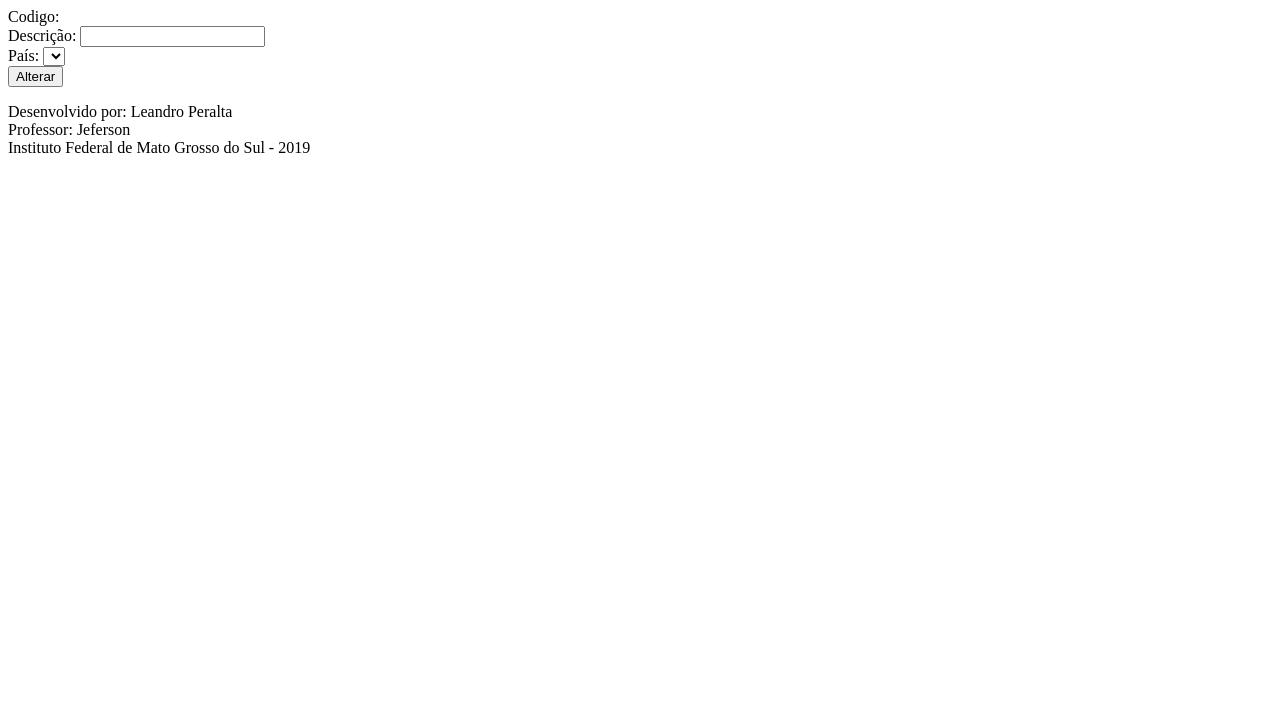
Repository: lperalta13/Formula1_Java
Page: http://localhost/formula1/formAlteraGp.jsp
An editor plug-in stored every save of this project. The page is shown before and after the next save, followed by the edit.
The browser window is 1280 px wide. The pictures show the whole page.
The page is served by Tomcat 9. The template is opened directly, without the code that normally fills it, so the values that code supplies are empty.

Above is the page before, as saved 2019-12-11 21:41:51.

After the next save:
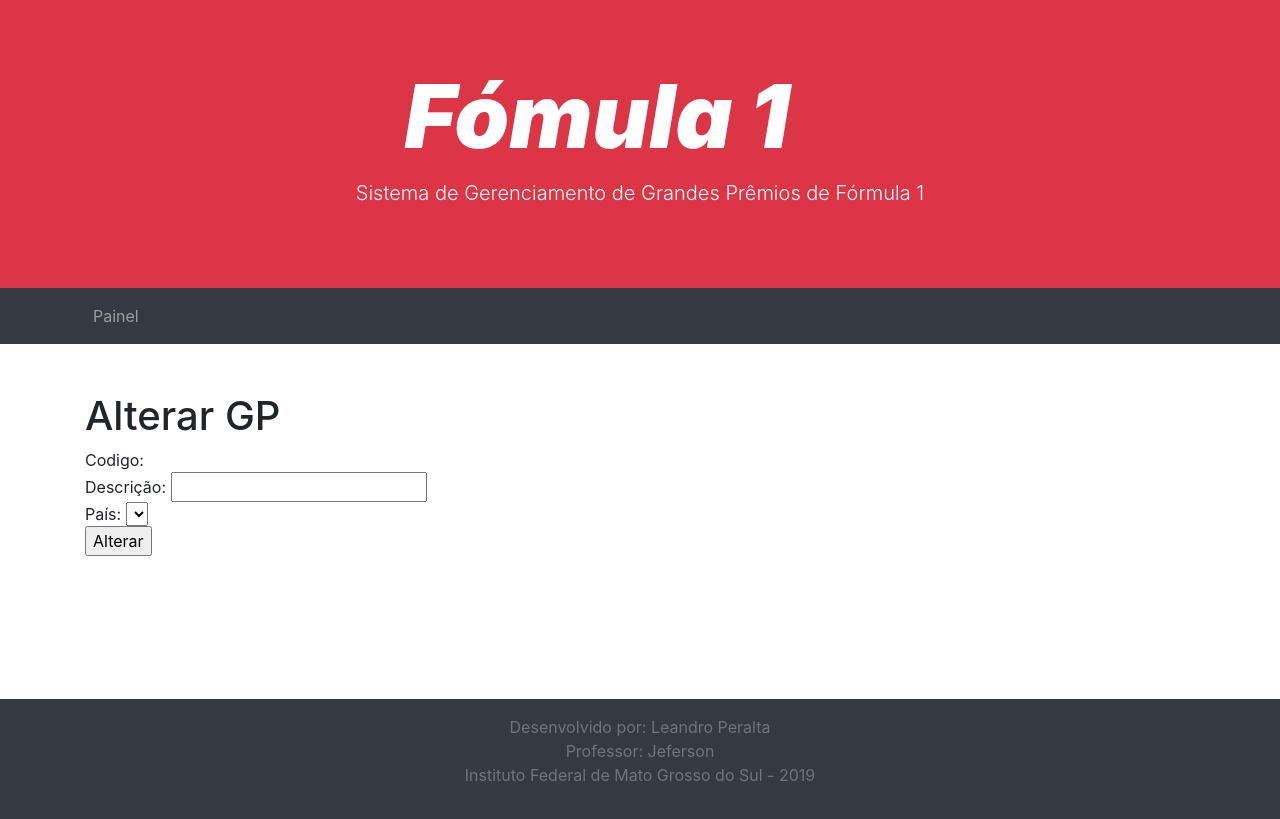
Saved 1 s later.
--- a/formula1/WebContent/formAlteraGp.jsp
+++ b/formula1/WebContent/formAlteraGp.jsp
@@ -1,12 +1,49 @@
 <%@ taglib  uri="http://java.sun.com/jsp/jstl/core" prefix="c" %>
 <%@ taglib  uri="http://java.sun.com/jsp/jstl/fmt" prefix="fmt" %>
 <!DOCTYPE html PUBLIC "-//W3C//DTD HTML 4.01 Transitional//EN" "http://www.w3.org/TR/html4/loose.dtd">
-<html>
+<html lang="pt">
 <head>
-<meta http-equiv="Content-Type" content="text/html; charset=ISO-8859-1">
-<title>Altera Gps</title>
+    <meta charset="UTF-8">
+    <meta name="viewport" content="width=device-width, initial-scale=1, shrink-to-fit=no">
+    <title>Fómula 1</title>
+    <!-- Bootstrap core CSS -->
+    <link rel="stylesheet" href="https://stackpath.bootstrapcdn.com/bootstrap/4.3.1/css/bootstrap.min.css" integrity="sha384-ggOyR0iXCbMQv3Xipma34MD+dH/1fQ784/j6cY/iJTQUOhcWr7x9JvoRxT2MZw1T" crossorigin="anonymous">
+    <link rel="stylesheet" href="css/pro.css">
+
+    <style type="text/css">
+        img{
+            height: calc(100vh - 463px);
+            object-fit: cover;
+        }
+        .container:nth-of-type(2){
+            min-height: calc(100vh - 463px);
+            margin-bottom: 50px;
+        }
+    </style>
+
 </head>
-<body>
+<body class="position-relative">
+  <div class="jumbotron jumbotron-fluid mb-0 bg-danger text-white">
+    <div class="container text-center">
+      <h1 class="display-2 font-italic font-weight-bold"><strong> Fómula 1 </strong><i class="fas fa-tire fa-spin"></i></h1>
+      <p class="lead">Sistema de Gerenciamento de Grandes Prêmios de Fórmula 1</p>
+    </div>
+  </div>
+  <nav class="navbar navbar-expand-lg navbar-dark bg-dark">
+    <div class="container">
+      <div class="collapse navbar-collapse" id="navbarNavDropdown">
+        <ul class="navbar-nav mr-auto">
+            <li class="nav-item">
+              <a class="nav-link" href="dashboard.html">Painel<span class="sr-only">(Página atual)</span></a>
+            </li>
+        </ul>
+      </div>
+    </div>
+    </nav>
+<div class="container">
+	<div class="row mt-5">
+		<div class="col-md-12">
+			<h1>Alterar GP</h1>
 <form action="alteraGp" method="get">
 		Codigo: <input type="hidden" name="codigo" value="${gp.codigo}"> <br/>
 		Descrição: <input type="text" name="descricao" value="${gp.descricao}"> <br/>
